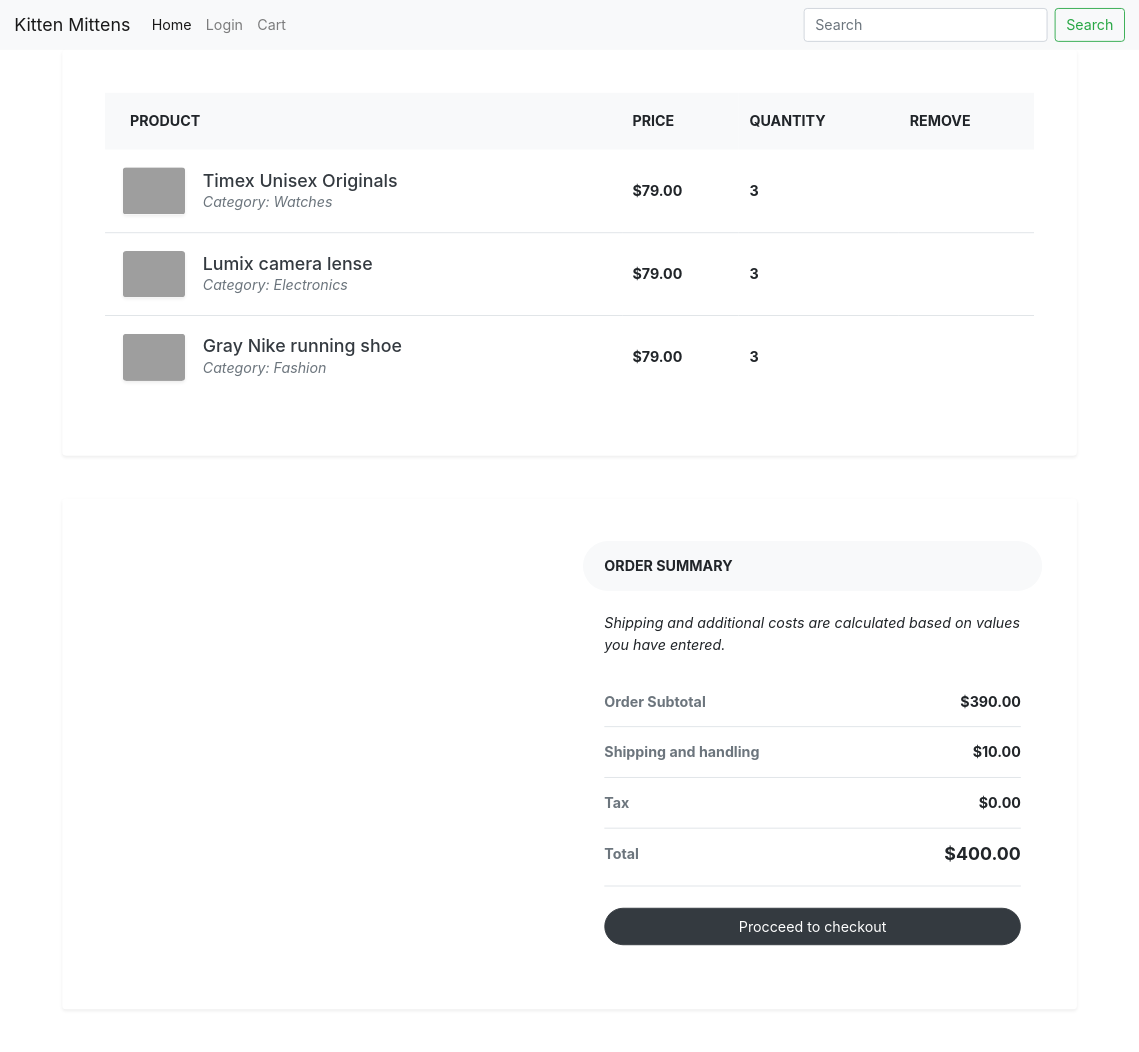
Repository: Janellle/KittenMittens
Page: http://localhost/cart
The author's editor kept a record of every edit. The page is drawn from the files as they stood at one moment, then again after the next edit.
The browser window is 1280 px wide. The pictures show the whole page, at 89% of full size.
Pictures or frames that could not be fetched are drawn as grey boxes. The page is served by the project's Node server (app.js).

Above is the page before.
Not found: rps.js

### views/cart.ejs
<!DOCTYPE html>
<html>
    <head>
        <title> Kitten Mittens: Cart</title>
        <script language="javascript" type="text/javascript" src="rps.js"></script>
        <link rel="stylesheet" href="https://stackpath.bootstrapcdn.com/bootstrap/4.4.1/css/bootstrap.min.css" integrity="sha384-Vkoo8x4CGsO3+Hhxv8T/Q5PaXtkKtu6ug5TOeNV6gBiFeWPGFN9MuhOf23Q9Ifjh" crossorigin="anonymous">
    </head>

    <body>
        <nav class="navbar navbar-expand-lg navbar-light bg-light">
              <a class="navbar-brand" href="#">Kitten Mittens</a>
              <button class="navbar-toggler" type="button" data-toggle="collapse" data-target="#navbarTogglerDemo02" aria-controls="navbarTogglerDemo02" aria-expanded="false" aria-label="Toggle navigation">
                <span class="navbar-toggler-icon"></span>
              </button>

              <div class="collapse navbar-collapse" id="navbarTogglerDemo02">
                <ul class="navbar-nav mr-auto mt-2 mt-lg-0">
                  <li class="nav-item active">
                    <a class="nav-link" href="/">Home</a>
                  </li>
                  <li class="nav-item">
                    <a class="nav-link" href="/login">Login</a>
                  </li>
                  <li class="nav-item">
                    <a class="nav-link" href="/cart">Cart</a>
                  </li>
                </ul>
            <form class="form-inline my-2 my-lg-0">
              <input class="form-control mr-sm-2" type="search" placeholder="Search">
                <button class="btn btn-outline-success my-2 my-sm-0" type="submit">Search</button>
            </form>
              </div>
        </nav>
      <div class="px-4 px-lg-0">
  <div class="pb-5">
    <div class="container">
      <div class="row">
        <div class="col-lg-12 p-5 bg-white rounded shadow-sm mb-5">

          <!-- Shopping cart table -->
          <div class="table-responsive">
            <table class="table">
              <thead>
                <tr>
                  <th scope="col" class="border-0 bg-light">
                    <div class="p-2 px-3 text-uppercase">Product</div>
                  </th>
                  <th scope="col" class="border-0 bg-light">
                    <div class="py-2 text-uppercase">Price</div>
                  </th>
                  <th scope="col" class="border-0 bg-light">
                    <div class="py-2 text-uppercase">Quantity</div>
                  </th>
                  <th scope="col" class="border-0 bg-light">
                    <div class="py-2 text-uppercase">Remove</div>
                  </th>
                </tr>
              </thead>
              <tbody>
                <tr>
                  <th scope="row" class="border-0">
                    <div class="p-2">
                      <img src="https://res.cloudinary.com/mhmd/image/upload/v1556670479/product-1_zrifhn.jpg" alt="" width="70" class="img-fluid rounded shadow-sm">
                      <div class="ml-3 d-inline-block align-middle">
                        <h5 class="mb-0"> <a href="#" class="text-dark d-inline-block align-middle">Timex Unisex Originals</a></h5><span class="text-muted font-weight-normal font-italic d-block">Category: Watches</span>
                      </div>
                    </div>
                  </th>
                  <td class="border-0 align-middle"><strong>$79.00</strong></td>
                  <td class="border-0 align-middle"><strong>3</strong></td>
                  <td class="border-0 align-middle"><a href="#" class="text-dark"><i class="fa fa-trash"></i></a></td>
                </tr>
                <tr>
                  <th scope="row">
                    <div class="p-2">
                      <img src="https://res.cloudinary.com/mhmd/image/upload/v1556670479/product-3_cexmhn.jpg" alt="" width="70" class="img-fluid rounded shadow-sm">
                      <div class="ml-3 d-inline-block align-middle">
                        <h5 class="mb-0"><a href="#" class="text-dark d-inline-block">Lumix camera lense</a></h5><span class="text-muted font-weight-normal font-italic">Category: Electronics</span>
                      </div>
                    </div>
                  </th>
                  <td class="align-middle"><strong>$79.00</strong></td>
                  <td class="align-middle"><strong>3</strong></td>
                  <td class="align-middle"><a href="#" class="text-dark"><i class="fa fa-trash"></i></a>
                  </td>
                </tr>
                <tr>
                  <th scope="row">
                    <div class="p-2">
                      <img src="https://res.cloudinary.com/mhmd/image/upload/v1556670479/product-2_qxjis2.jpg" alt="" width="70" class="img-fluid rounded shadow-sm">
                      <div class="ml-3 d-inline-block align-middle">
                        <h5 class="mb-0"> <a href="#" class="text-dark d-inline-block">Gray Nike running shoe</a></h5><span class="text-muted font-weight-normal font-italic">Category: Fashion</span>
                      </div>
                    </div>
                    <td class="align-middle"><strong>$79.00</strong></td>
                    <td class="align-middle"><strong>3</strong></td>
                    <td class="align-middle"><a href="#" class="text-dark"><i class="fa fa-trash"></i></a>
                    </td>
                </tr>
              </tbody>
            </table>
          </div>
          <!-- End -->
        </div>
      </div>

      <div class="row py-5 p-4 bg-white rounded shadow-sm">
        <div class="col-lg-6">
        </div>
        <div class="col-lg-6">
          <div class="bg-light rounded-pill px-4 py-3 text-uppercase font-weight-bold">Order summary </div>
          <div class="p-4">
            <p class="font-italic mb-4">Shipping and additional costs are calculated based on values you have entered.</p>
            <ul class="list-unstyled mb-4">
              <li class="d-flex justify-content-between py-3 border-bottom"><strong class="text-muted">Order Subtotal </strong><strong>$390.00</strong></li>
              <li class="d-flex justify-content-between py-3 border-bottom"><strong class="text-muted">Shipping and handling</strong><strong>$10.00</strong></li>
              <li class="d-flex justify-content-between py-3 border-bottom"><strong class="text-muted">Tax</strong><strong>$0.00</strong></li>
              <li class="d-flex justify-content-between py-3 border-bottom"><strong class="text-muted">Total</strong>
                <h5 class="font-weight-bold">$400.00</h5>
              </li>
            </ul><a href="#" class="btn btn-dark rounded-pill py-2 btn-block">Procceed to checkout</a>
          </div>
        </div>
      </div>

    </div>
  </div>
</div>
    </body>
</html>

### app.js
const express = require("express");
const mysql   = require("mysql");
const app = express();
const {Client} = require('pg');
//const session = require('express-session');

app.set("view engine", "ejs");
app.use(express.static("public")); //folder for images, css, js
app.use(express.urlencoded()); //use to parse data sent using the POST method

app.get("/", async function(req, res){
    res.render("index");
}); //root

app.get("/login", async function(req, res){
    res.render("login");

}); // login

app.get("/search", async function(req, res){
    res.render("search");
}); // search

app.get("/cart", function(req,res){
    res.render("cart");
});

/*
app.get("/cart", async function(req, res){
    let rows = await getCartShoes();
    //let rowsSecond = await getCartNonPlanets();
    //res.render("cart", {"cartPlanets":rows, "cartNonPlanets":rowsSecond});
    res.render("cart", {"cartShoes":rows})
});

app.get("/clearCart", async function(req, res){
    clearCart();
    let rows = await getCartShoes();
    res.render("cart", {"cartShoes":rows});
});
*/

//values in red must be updated
function dbConnection(){

   let conn = mysql.createConnection({
                 host: "ec2-18-213-176-229.compute-1.amazonaws.com",
                 user: "hptikosghjykbf",
             password: "78470a52c982fe07849cb7585b2aa82144e535734f330c003241e864cc9995e1",
             database: "ddgvmc8jol14f9"
       }); //createConnection

return conn;

}

//starting server
app.listen(process.env.PORT, process.env.IP, function(){
console.log("Express server is running...");
});

After the next edit:
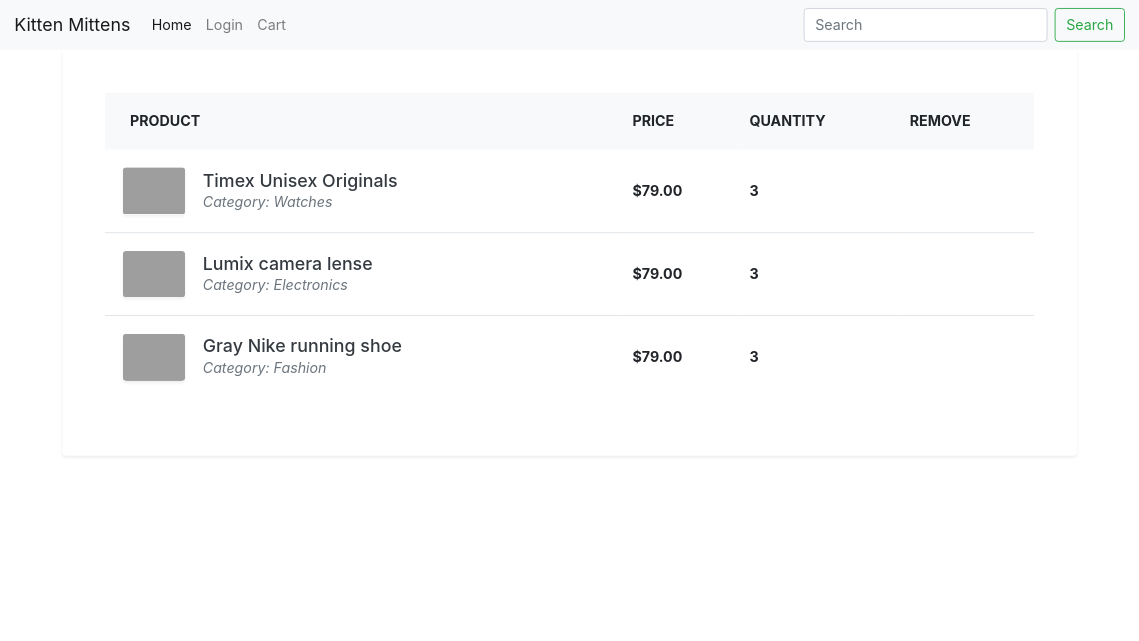
The edit:
--- a/views/cart.ejs
+++ b/views/cart.ejs
@@ -103,28 +103,5 @@
           <!-- End -->
         </div>
       </div>
-
-      <div class="row py-5 p-4 bg-white rounded shadow-sm">
-        <div class="col-lg-6">
-        </div>
-        <div class="col-lg-6">
-          <div class="bg-light rounded-pill px-4 py-3 text-uppercase font-weight-bold">Order summary </div>
-          <div class="p-4">
-            <p class="font-italic mb-4">Shipping and additional costs are calculated based on values you have entered.</p>
-            <ul class="list-unstyled mb-4">
-              <li class="d-flex justify-content-between py-3 border-bottom"><strong class="text-muted">Order Subtotal </strong><strong>$390.00</strong></li>
-              <li class="d-flex justify-content-between py-3 border-bottom"><strong class="text-muted">Shipping and handling</strong><strong>$10.00</strong></li>
-              <li class="d-flex justify-content-between py-3 border-bottom"><strong class="text-muted">Tax</strong><strong>$0.00</strong></li>
-              <li class="d-flex justify-content-between py-3 border-bottom"><strong class="text-muted">Total</strong>
-                <h5 class="font-weight-bold">$400.00</h5>
-              </li>
-            </ul><a href="#" class="btn btn-dark rounded-pill py-2 btn-block">Procceed to checkout</a>
-          </div>
-        </div>
-      </div>
-
-    </div>
-  </div>
-</div>
     </body>
 </html>
